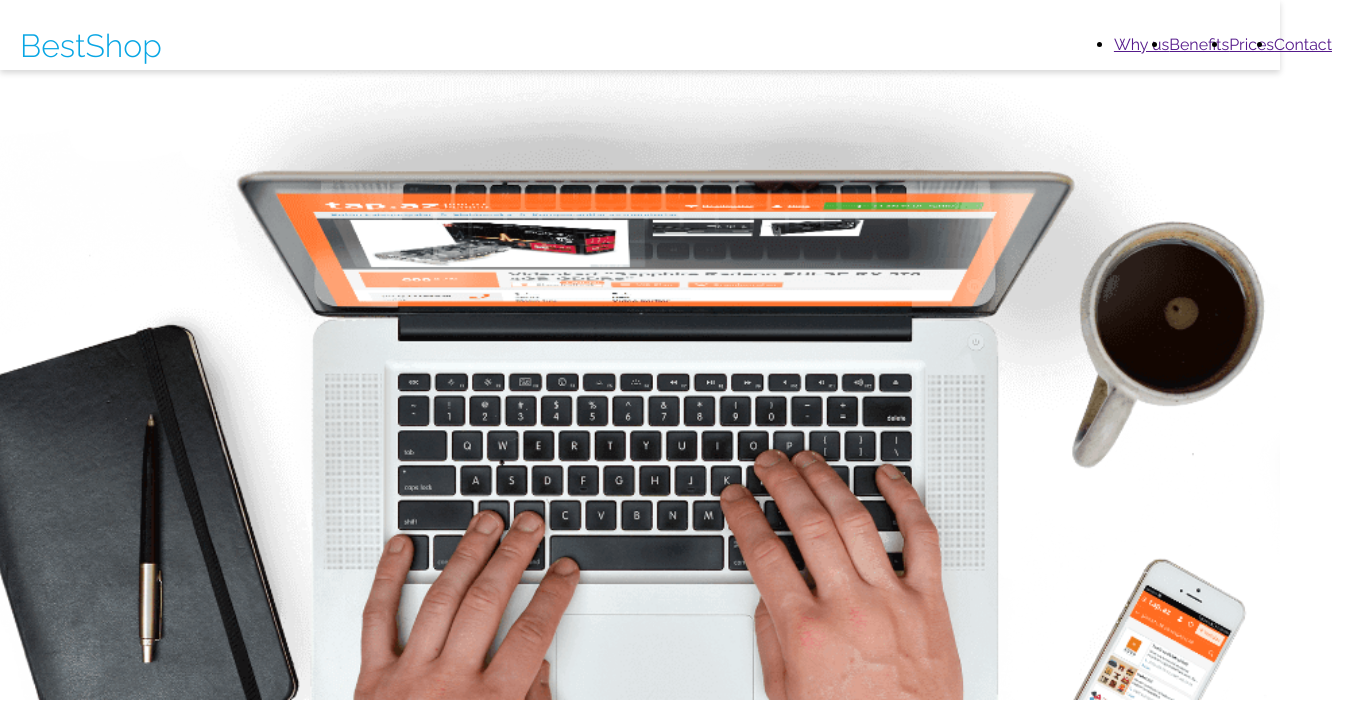
Repository: Widzisz/bestshop-website
Page: index.html
An editor plug-in stored every save of this project. The page is shown before and after the next save, followed by the edit.
The browser window is 1280 px wide. The page is 1352 px wide, so the pictures cover 1352 px, including what lies to the right of the window. The pictures show the whole page.

Above is the page before, as saved 2021-03-19 12:18:28.

After the next save:
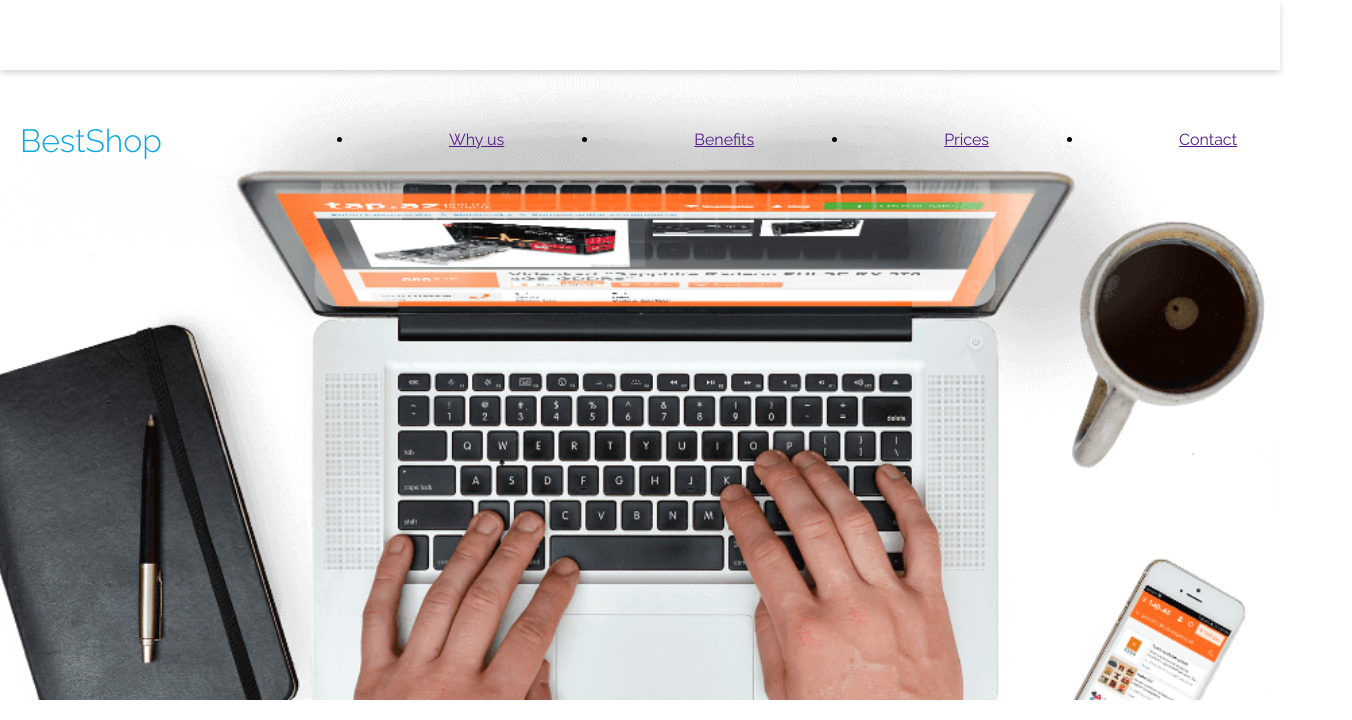
Saved 62 s later.
--- a/css/style.css
+++ b/css/style.css
@@ -75,10 +75,10 @@ body {
 }
 .menu__list {
     display: flex;
-    justify-content: space-between;
 }
 
 
 .menu__list li {
+    padding: 95px;
 
 }
